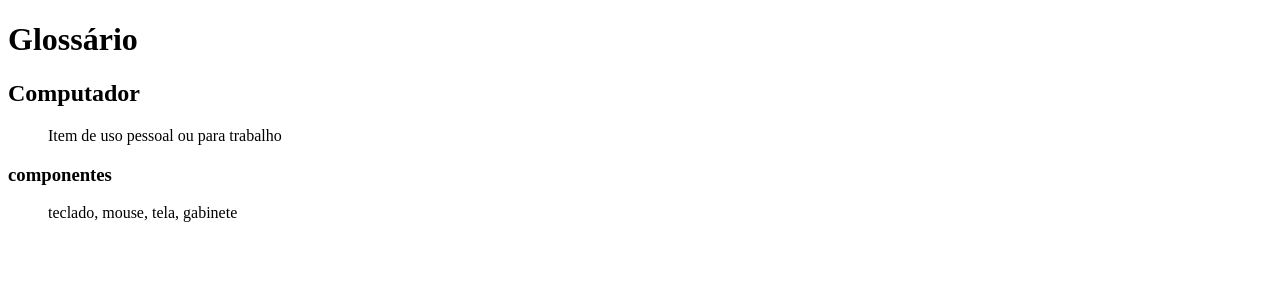
Repository: RenatoCCS/Mais1Code
Page: Rocketseat/Fundamentar/01 - O guia estelar de HTML/Desafios/1_Glossario/glossary.html
The author's editor kept a copy of each file at every save. The page is drawn from the files as they stood at one save, then again after a run of saves.
The browser window is 1280 px wide. The pictures show the whole page.

Above is the page before, as saved 2022-04-18 20:33:59.

After the next 4 saves:
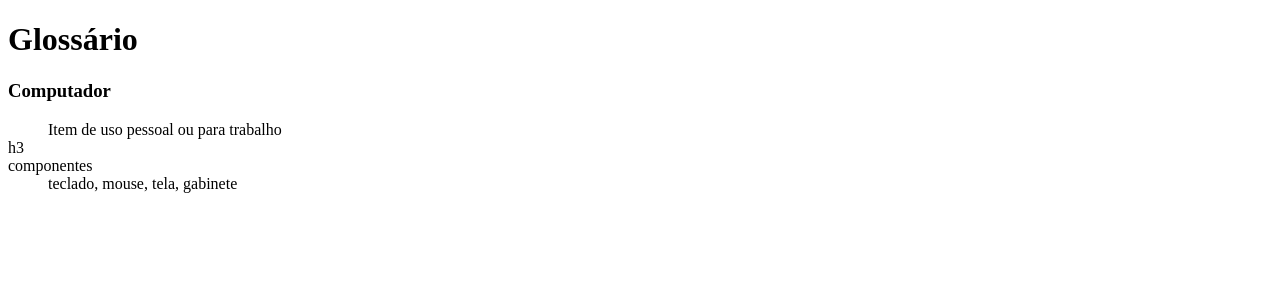
The 4 saves are shown as one change because they came seconds apart.
The last was saved 12 s later.
--- a/Rocketseat/Fundamentar/01 - O guia estelar de HTML/Desafios/1_Glossario/glossary.html
+++ b/Rocketseat/Fundamentar/01 - O guia estelar de HTML/Desafios/1_Glossario/glossary.html
@@ -10,10 +10,10 @@
 
     <h1>Glossário</h1>
 <dl>
-    <h2><dt>Computador</dt></h2>
+    <h3><dt>Computador</dt></h3>
     <dd>Item de uso pessoal ou para trabalho</dd>
 
-    <h3><dt>componentes</dt></h3>
+    h3<dt>componentes</dt>
     <dd>teclado, mouse, tela, gabinete</dd>
 </dl>
 
